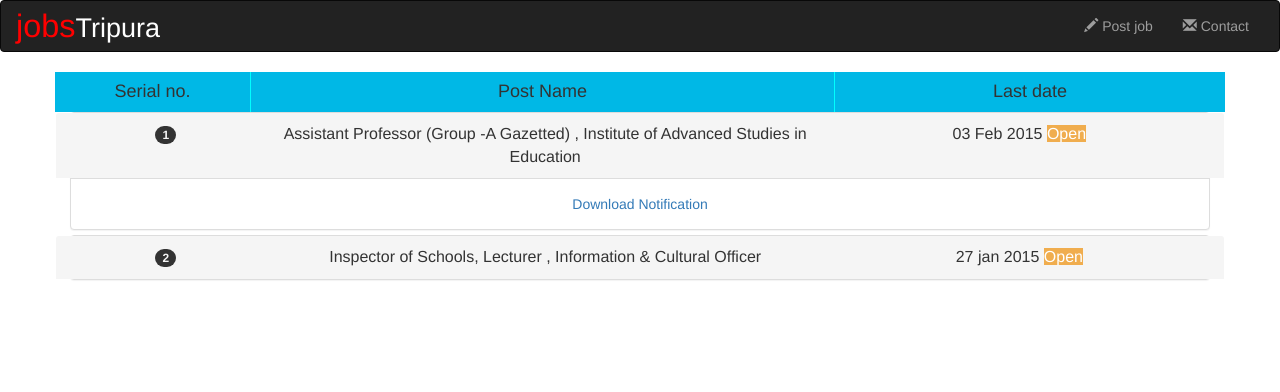
Repository: jobstripura/jobstripura.github.io
Page: index.html
The author's editor kept a record of every edit. The page is drawn from the files as they stood at one moment, then again after the next edit.
The browser window is 1280 px wide. The pictures show the whole page.
Some web libraries are served in a nearby version.

Above is the page before.

### index.html
<!DOCTYPE html>
<html lang="en">
<head>
  <title>jobsTripura: Online job portal of Tripura</title>
  <meta charset="utf-8">
  <meta name="google-site-verification" content="sxorYJik9URjGahWueXh9ZZ_V8uOhdiJoXiOJQqFJ8I" />
  <meta name="viewport" content="width=device-width, initial-scale=1">
  <link rel="stylesheet" href="http://maxcdn.bootstrapcdn.com/bootstrap/3.2.0/css/bootstrap.min.css">
  <script src="https://ajax.googleapis.com/ajax/libs/jquery/1.11.1/jquery.min.js"></script>
  <script src="http://maxcdn.bootstrapcdn.com/bootstrap/3.2.0/js/bootstrap.min.js"></script>
    <link rel="stylesheet" href="mystyle.css">
</head>
<body>

<nav class="navbar navbar-inverse">
  <div class="container-fluid">
    <div class="navbar-header">
      <button type="button" class="navbar-toggle" data-toggle="collapse" data-target="#myNavbar">
        <span class="icon-bar"></span>
        <span class="icon-bar"></span>
        <span class="icon-bar"></span>
      </button>
      <a class="navbar-brand" href="http://jobstripura.github.io/"><span style="color:red; font-size:1.8em">jobs</span><span style="color:white; font-size:1.5em">Tripura</span></a>
    </div>
    <div class="collapse navbar-collapse" id="myNavbar">
      <ul class="nav navbar-nav navbar-right">
        <li><a href="postjob.html"><span class="glyphicon glyphicon-pencil"></span> Post job</a></li>
        <li><a href="contact.html"><span class="glyphicon glyphicon-envelope"></span> Contact</a></li>
      </ul>
    </div>
  </div>
</nav>
     <div class="container" style="text-align: center">

         <div class="row" style="background-color:#00B8e6;" >
             <div class="col-xs-12 col-md-2"><h4>Serial no.</h4></div>
             <div class="col-xs-12 col-md-6" style="border-right:1px solid aqua;border-left:1px solid aqua;"><h4>Post Name</h4></div>
             <div class="col-xs-12 col-md-4"><h4>Last date</h4></div>
         </div>
   <!--job panel startes bellow-->
      <div class="panel-group" id="accordion">
          <!----job starts----->
        <div class="panel panel-default">
           <div class="panel-heading row" data-toggle="collapse" data-parent="#accordion" href="#collapse1">
                 <div class="col-xs-12 col-md-2 panel-title"><span class="badge">1</span></div>
                 <div class="col-xs-12 col-md-6 panel-title">Assistant Professor (Group -A Gazetted) , Institute of Advanced Studies in Education</div>
                 <div class="col-xs-12 col-md-4 panel-title">03 Feb 2015 <span class="btn-warning">Open</span></div>
            </div>


              <div id="collapse1" class="panel-collapse collapse in">
            <div class="panel-body"><a href="https://drive.google.com/file/d/0B1VTpwjWY-j1VTllN3hwUk13c3c/view?usp=sharing" target="_blank">Download  Notification</a></div>
          </div>
        </div>
           <!--end of 1st panel -->
           <!--job panel startes bellow-->
           <div class="panel panel-default">
           <div class="panel-heading row" data-toggle="collapse" data-parent="#accordion" href="#collapse2">
                 <div class="col-xs-12 col-md-2 panel-title"><span class="badge">2</span></div>
                 <div class="col-xs-12 col-md-6 panel-title">Inspector of Schools, Lecturer , Information & Cultural Officer</div>
                 <div class="col-xs-12 col-md-4 panel-title">27 jan 2015 <span class="btn-warning">Open</span></div>
            </div>



              <div id="collapse2" class="panel-collapse collapse">
            <div class="panel-body">
                <div class="jobdetails">
                    <p>Eligibility : ME/M.Tech, BA, B.Pharm, BE/B.Tech</p>
                    <p>Location : Agartala<p>
                    <p>Job Category : Govt Jobs, Teaching, Others</p>
                    <p>Last Date : 27 Jan 2015</p>
                    <p>Job Type : Full Time</p>
                    <p>Hiring Process : Written-test</p>
                    <p><a href="https://www.dropbox.com/s/s8xcmisoav7bhx6/job0002.pdf?dl=0" target="_blank">Download                                    Notification</a></p>
                </div>

</div></div>
          </div>
        </div>
               <!--end of panel -->


      </div>

    <!-- Start of StatCounter Code for Default Guide -->
<script type="text/javascript">
var sc_project=10223101;
var sc_invisible=1;
var sc_security="c7f3ad1d";
var scJsHost = (("https:" == document.location.protocol) ?
"https://secure." : "http://www.");
document.write("<sc"+"ript type='text/javascript' src='" +
scJsHost+
"statcounter.com/counter/counter.js'></"+"script>");
</script>
<noscript><div class="statcounter"><a title="hits counter"
href="http://statcounter.com/" target="_blank"><img
class="statcounter"
src="http://c.statcounter.com/10223101/0/c7f3ad1d/1/"
alt="hits counter"></a></div></noscript>
<!-- End of StatCounter Code for Default Guide -->

</body>
</html>

### mystyle.css
.jobdetails{
    text-align: left;
    float: left;
}

After the next edit:
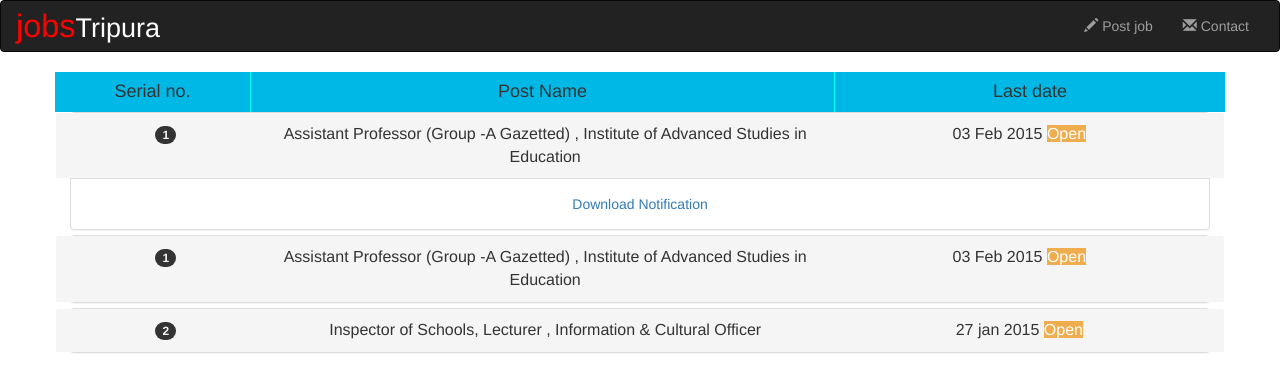
The edit:
--- a/index.html
+++ b/index.html
@@ -53,6 +53,18 @@
           </div>
         </div>
            <!--end of 1st panel -->
+           <div class="panel panel-default">
+           <div class="panel-heading row" data-toggle="collapse" data-parent="#accordion" href="#collapse1">
+                 <div class="col-xs-12 col-md-2 panel-title"><span class="badge">1</span></div>
+                 <div class="col-xs-12 col-md-6 panel-title">Assistant Professor (Group -A Gazetted) , Institute of Advanced Studies in Education</div>
+                 <div class="col-xs-12 col-md-4 panel-title">03 Feb 2015 <span class="btn-warning">Open</span></div>
+            </div>
+
+
+              <div id="collapse1" class="panel-collapse collapse">
+            <div class="panel-body"><a href="https://drive.google.com/file/d/0B1VTpwjWY-j1VTllN3hwUk13c3c/view?usp=sharing" target="_blank">Download  Notification</a></div>
+          </div>
+        </div>
            <!--job panel startes bellow-->
            <div class="panel panel-default">
            <div class="panel-heading row" data-toggle="collapse" data-parent="#accordion" href="#collapse2">
